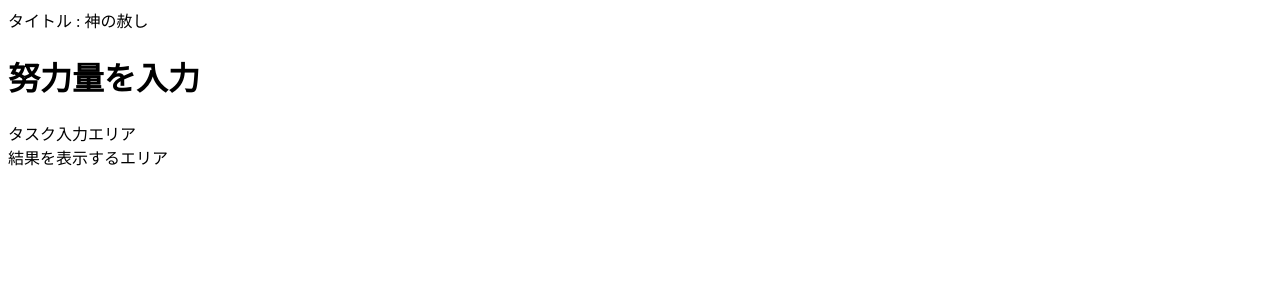
Repository: masa0306/god_forgiveness
Page: index.html
An editor plug-in stored every save of this project. The page is shown before and after a run of saves, followed by the edit.
The browser window is 1280 px wide. The pictures show the whole page.

Above is the page before, as saved 2024-05-14 22:36:30.

After the next 7 saves:
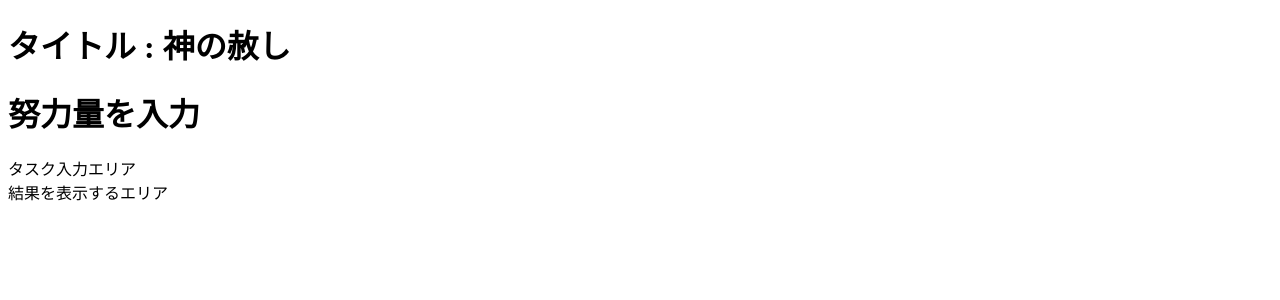
The 7 saves are shown as one change because they came seconds apart.
The last was saved 20 s later.
--- a/index.html
+++ b/index.html
@@ -6,10 +6,13 @@
     <title>Document</title>
 </head>
 <body>
-    <!--  -->
-    <div>タイトル : 神の赦し</div>
+<!-- タイトルトップ -->
+    <div><h1>タイトル : 神の赦し</h1></div>
+<!-- タイトルトップ -->
     <div><h1>努力量を入力</h1></div>
+
     <div>タスク入力エリア</div>
+
     <div>結果を表示するエリア</div>
     <script src="https://ajax.googleapis.com/ajax/libs/jquery/3.7.0/jquery.min.js"></script>
     <script src="/js/script.js"></script>
